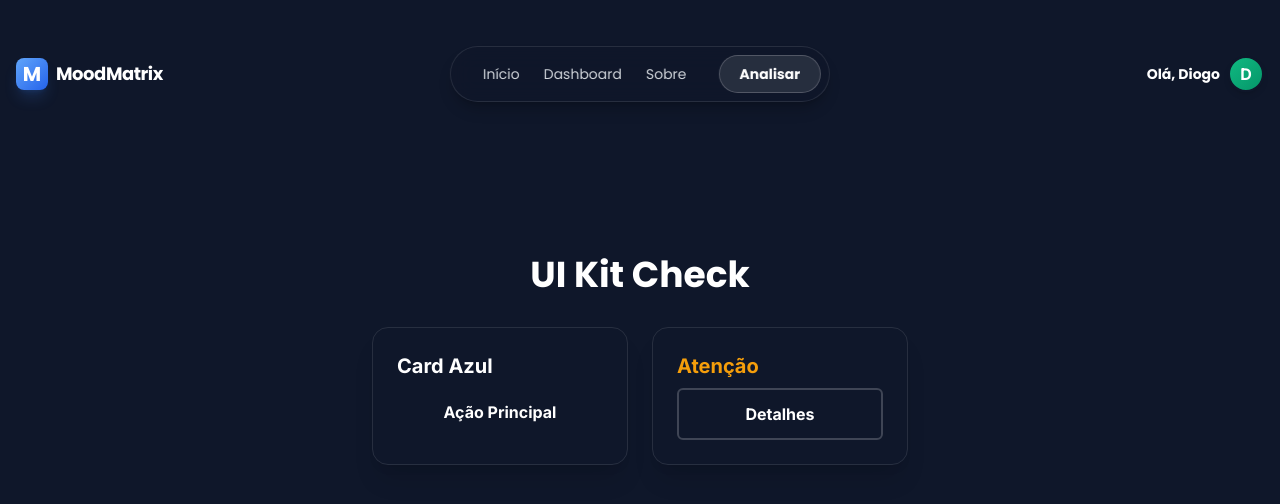
Repository: Hackaton-ONE/hackathon-Frontend
Page: /
These files come from the project's save history. The page is drawn as it stood at one moment and after the next save; the edit follows.
The browser window is 1280 px wide. The pictures show the whole page.
The project was rebuilt for these pictures with package versions that can differ from the ones it lists, and the page was loaded fresh each time. The framework's server and built-in components were replaced by stand-ins that run in the browser. Also part of the build but not shown: next.config.ts.

Above is the page before, as saved 2026-01-01 15:21:33.

After the next save:
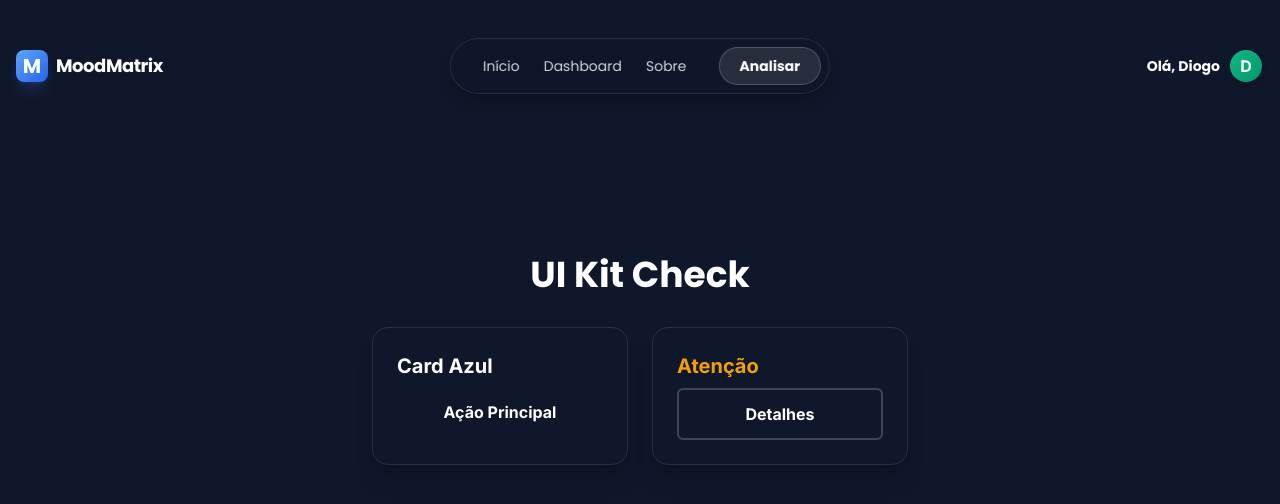
Saved 6 s later.
--- a/components/Navbar.tsx
+++ b/components/Navbar.tsx
@@ -20,7 +20,7 @@ export function Navbar() {
 
   return (
     // Container Principal (Largura Total)
-    <div className="fixed top-0 left-0 w-full z-50 px-4 py-14">
+    <div className="fixed top-0 left-0 w-full z-50 px-4 py-12">
       <div className="max-w-7xl mx-auto relative flex items-center justify-between">
 
         {/* =======================
